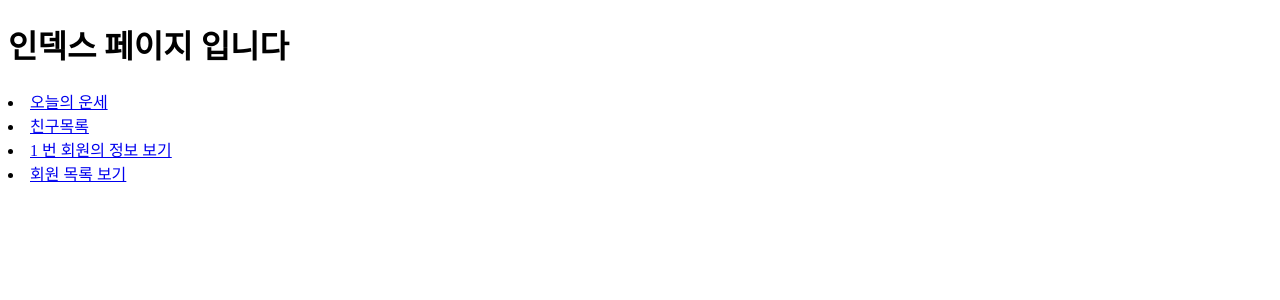
Repository: raehui/web_work
Page: Step01Servlet/src/main/webapp/index.html
These files come from the project's save history. The page is drawn as it stood at one moment and after the next save; the edit follows.
The browser window is 1280 px wide. The pictures show the whole page.

Above is the page before, as saved 2025-01-03 07:13:39.

### Step01Servlet/src/main/webapp/index.html
<!DOCTYPE html>
<html>
<head>
<meta charset="UTF-8">
<title>index.html</title>
</head>
<body>
	<div class="container">
		<h1>인덱스 페이지 입니다</h1>
		<ui>
			<li><a href="fortune">오늘의 운세</a></li>
			<li><a href="friends">친구목록</a></li>
			<li><a href="member?num=1">1 번 회원의 정보 보기</a></li>
			<li><a href="member/list">회원 목록 보기</a></li>
		</ui>
	</div>
</body>
</html>

After the next save:
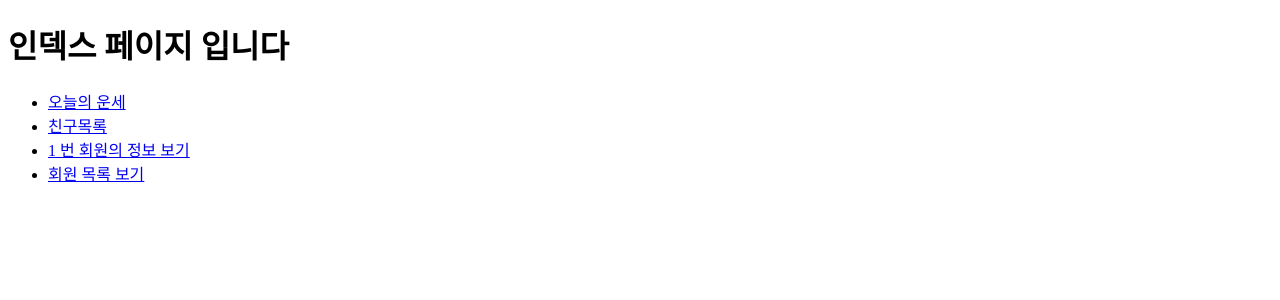
Saved 12 s later.
--- a/Step01Servlet/src/main/webapp/index.html
+++ b/Step01Servlet/src/main/webapp/index.html
@@ -7,12 +7,12 @@
 <body>
 	<div class="container">
 		<h1>인덱스 페이지 입니다</h1>
-		<ui>
+		<ul>
 			<li><a href="fortune">오늘의 운세</a></li>
 			<li><a href="friends">친구목록</a></li>
 			<li><a href="member?num=1">1 번 회원의 정보 보기</a></li>
 			<li><a href="member/list">회원 목록 보기</a></li>
-		</ui>
+		</ul>
 	</div>
 </body>
 </html>
